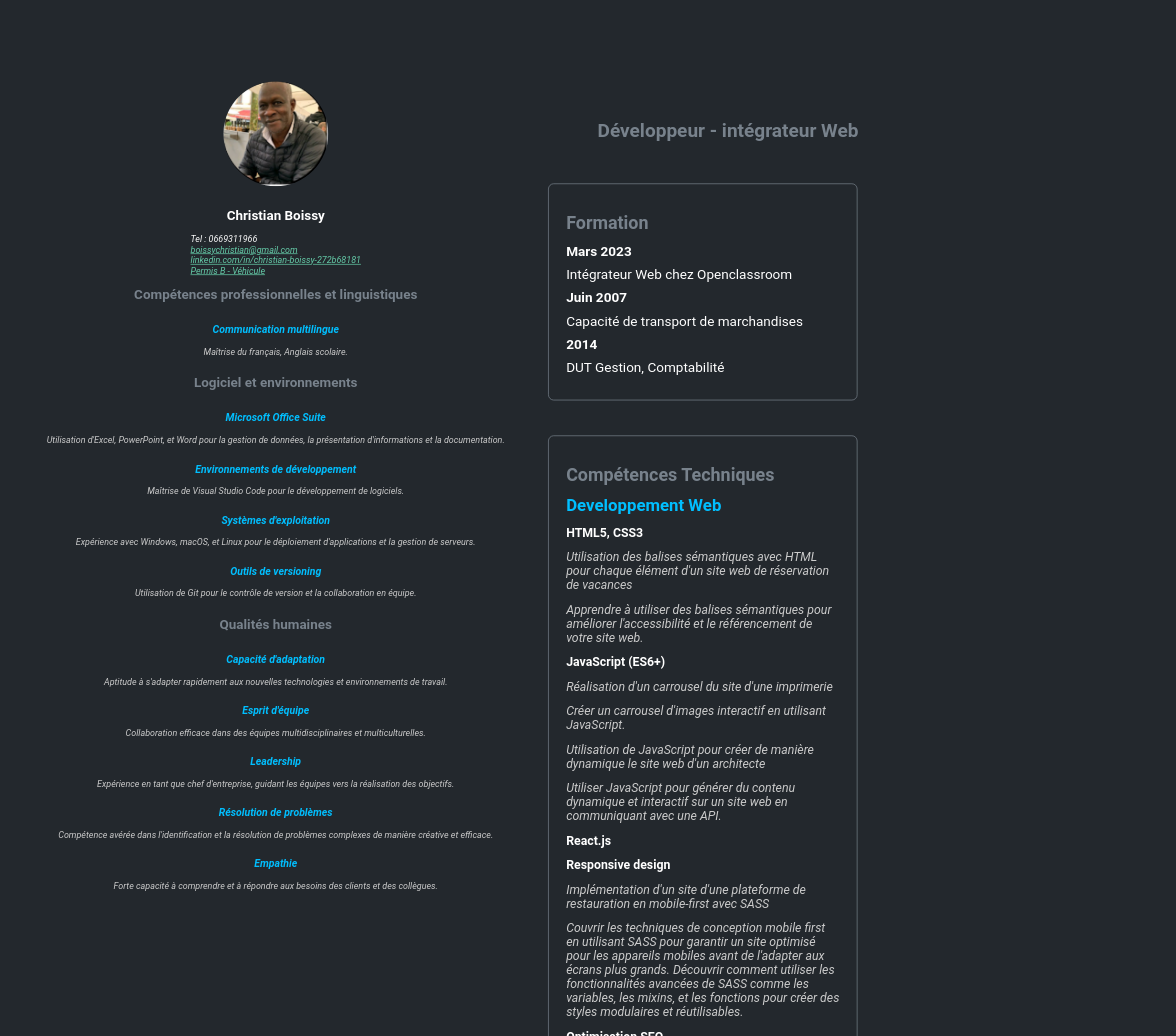
Repository: Christian121966/cv-logistique
Page: /
These files come from the project's save history. The page is drawn as it stood at one moment and after the next save; the edit follows.
The browser window is 1280 px wide. The page is 1680 px wide, so the pictures cover 1680 px, including what lies to the right of the window. The pictures show the part of the page from y = 0 to 1480 px (the page is 2770 px tall), at 70% of full size.
The project was rebuilt for these pictures with package versions that can differ from the ones it lists, and the page was loaded fresh each time.

Above is the page before, as saved 2024-07-29 01:15:25.

After the next save:
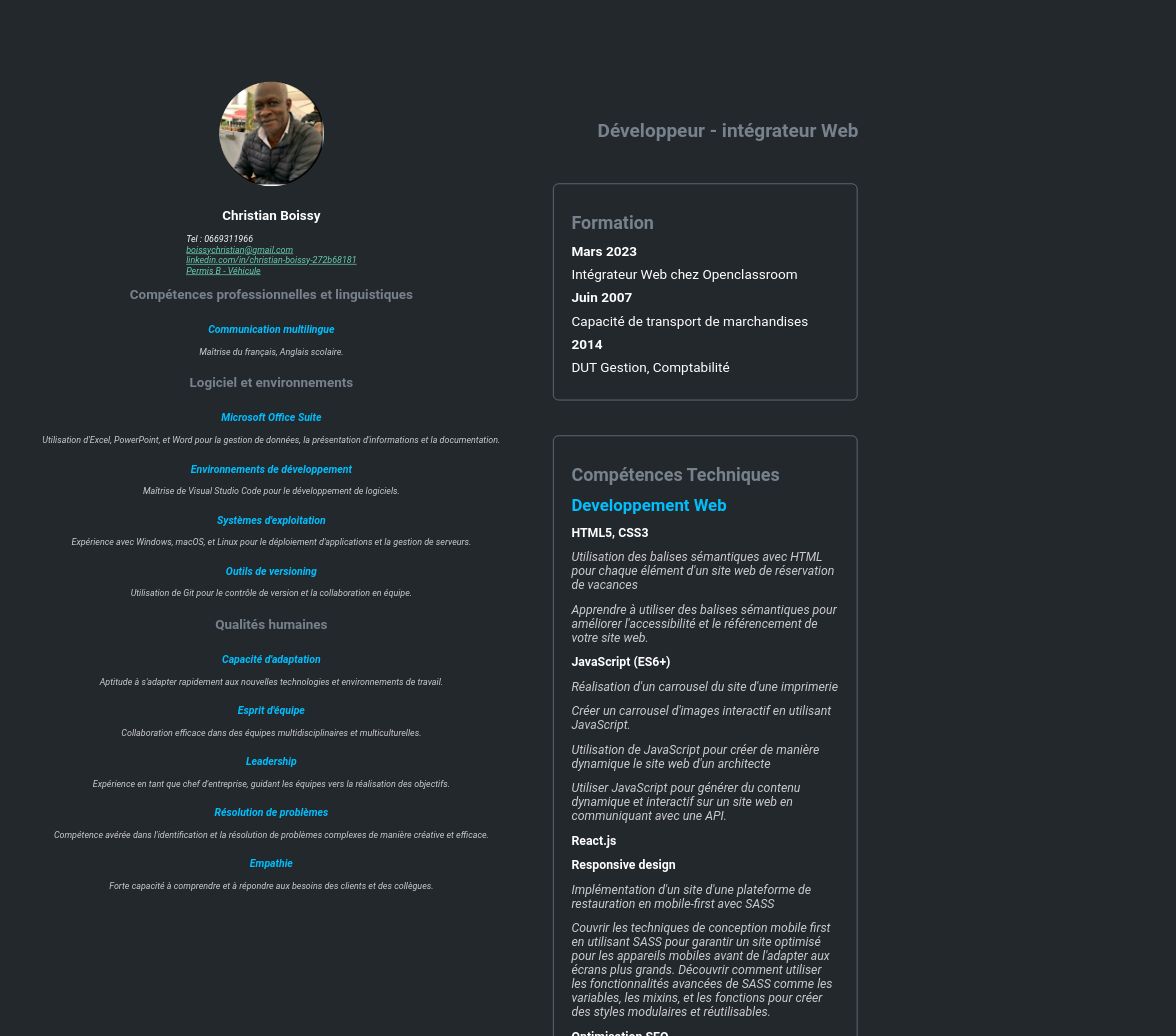
Saved 3 s later.
--- a/src/App.css
+++ b/src/App.css
@@ -268,6 +268,7 @@ body footer p {
     justify-content: flex-start;
     align-items: center;
     height: 170vh;
+    margin-right: 20px;
   }
   body .sidebar .profile-photo {
     width: 180px;
@@ -355,4 +356,4 @@ body footer p {
   body p {
     font-size: 1em;
   }
-}/*# sourceMappingURL=App_20240729011525.css.map */
+}/*# sourceMappingURL=App_20240729011528.css.map */
